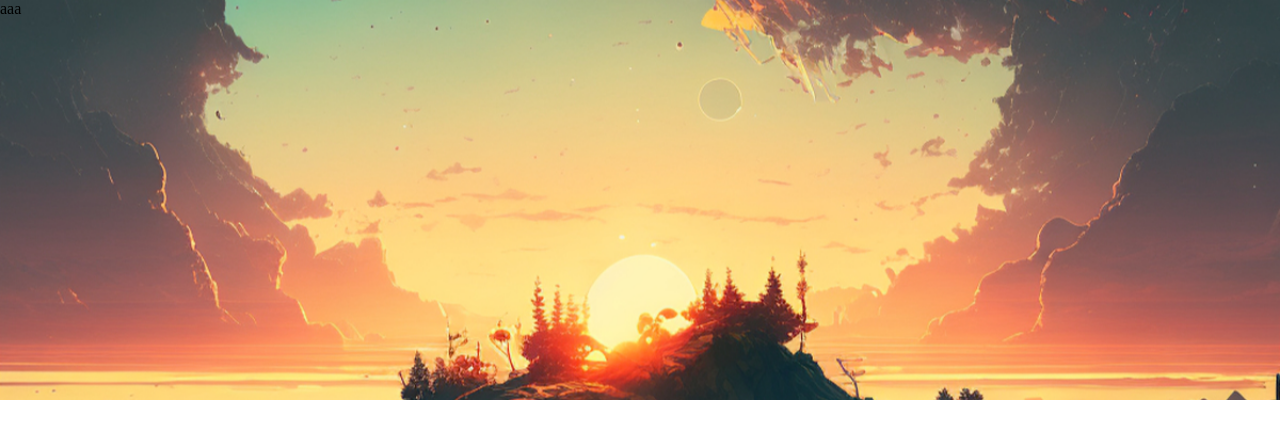
Repository: TheBiggestFatCat/myblog-frontend
Page: /
The author's editor kept a copy of each file at every save. The page is drawn from the files as they stood at one save, then again after a run of saves.
The browser window is 1280 px wide. The pictures show the whole page.
The project was rebuilt for these pictures with package versions that can differ from the ones it lists, and the page was loaded fresh each time. Also part of the build but not shown: vite.config.ts.

Above is the page before, as saved 2023-02-26 08:22:12.

After the next 2 saves:
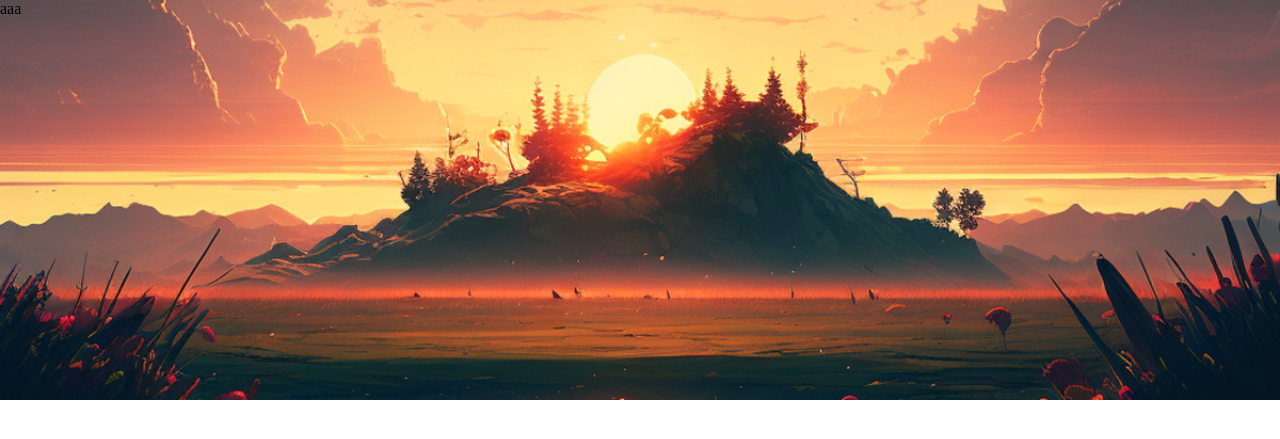
The 2 saves are shown as one change because they came seconds apart.
The last was saved 8 s later.
--- a/src/components/Home/Home.vue
+++ b/src/components/Home/Home.vue
@@ -26,7 +26,7 @@
   // height: 100%;
   background-image: url(@/assets/pics/home1.jpg);
   background-size: cover;
-  background-position: 0 -200px;
+  background-position: 0 -400px;
   backdrop-filter: blur(10px);
   // filter: blur(4px); /* 设置模糊半径 */
   // opacity: 0.5; /* 设置不透明度 */
